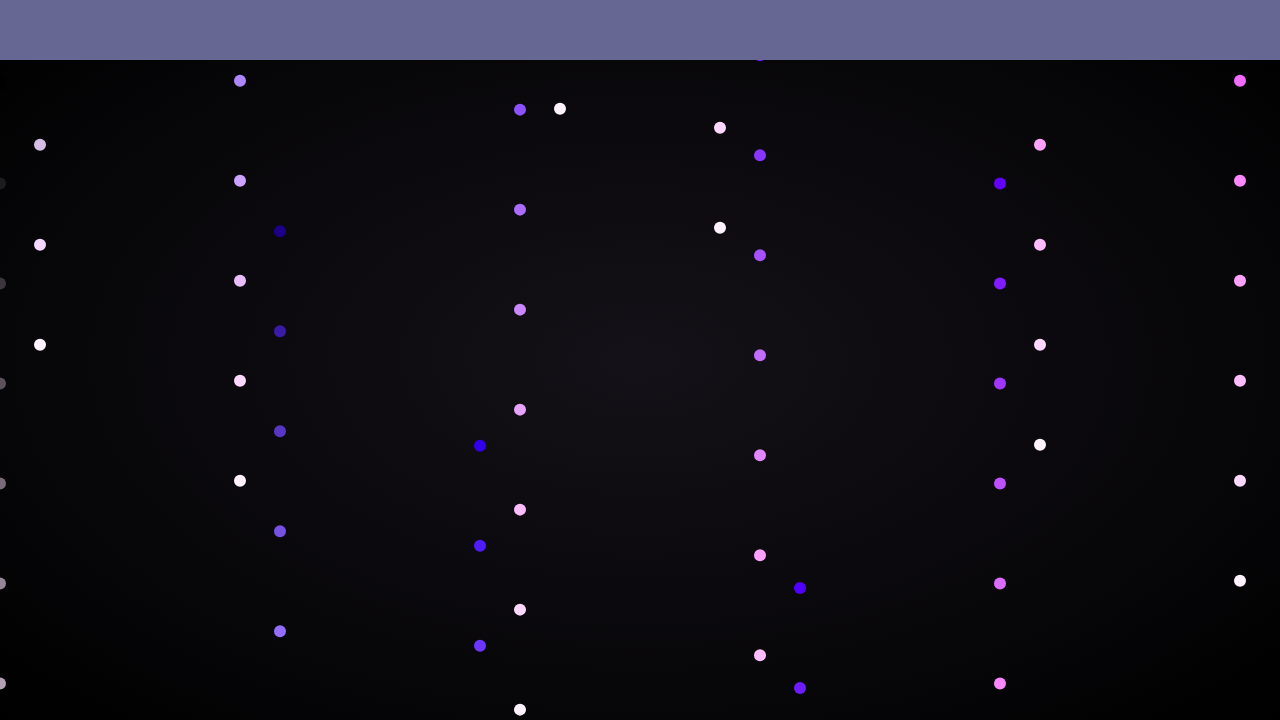
Repository: Iban-del/ProjetBacIban
Page: index.html
An editor plug-in stored every save of this project. The page is shown before and after the next save, followed by the edit.
The browser window is 1280 px wide. The pictures show the whole page.

Above is the page before, as saved 2025-02-19 19:12:26.

After the next save:
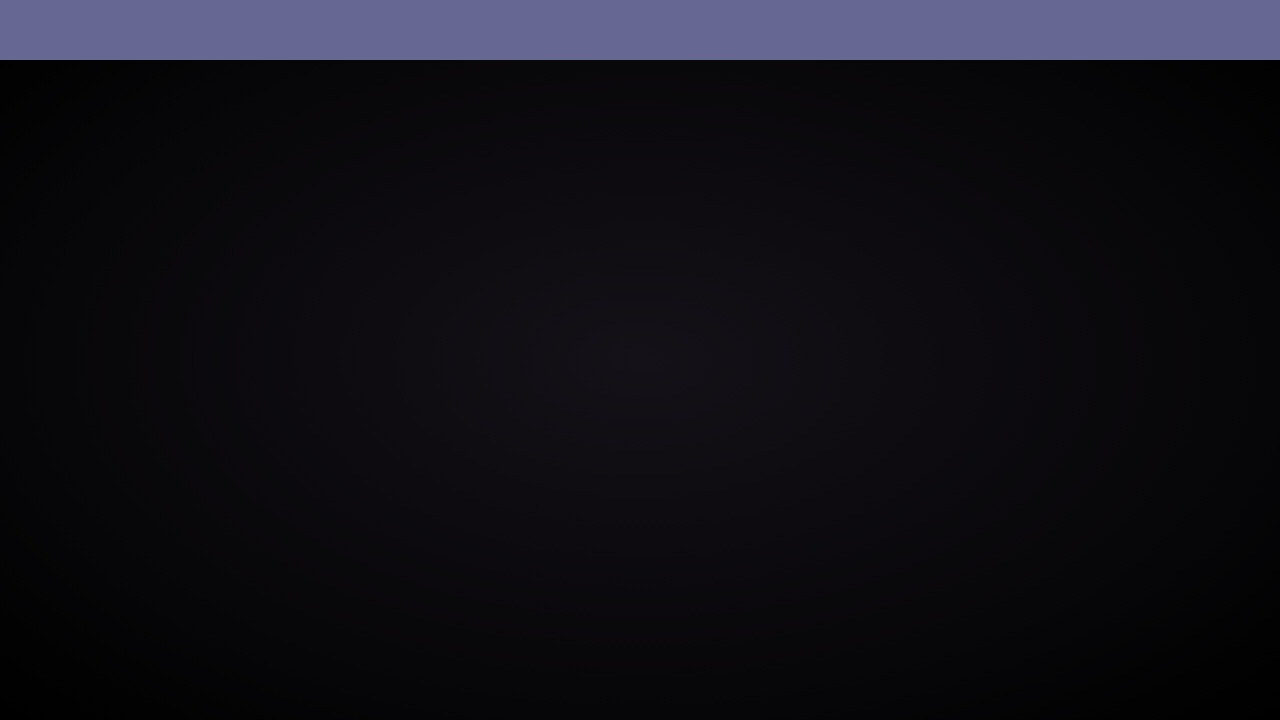
Saved 7 s later.
--- a/js/background.js
+++ b/js/background.js
@@ -110,7 +110,7 @@ function animateBackground(ctx,canvas,A){
     }else if(A < 10){
         steep =-1;
     }
-    drawVague(ctx,canvas,A,steep)
+
     //requestAnimationFrame(animateBackground(ctx,A+steep));
 
 }
